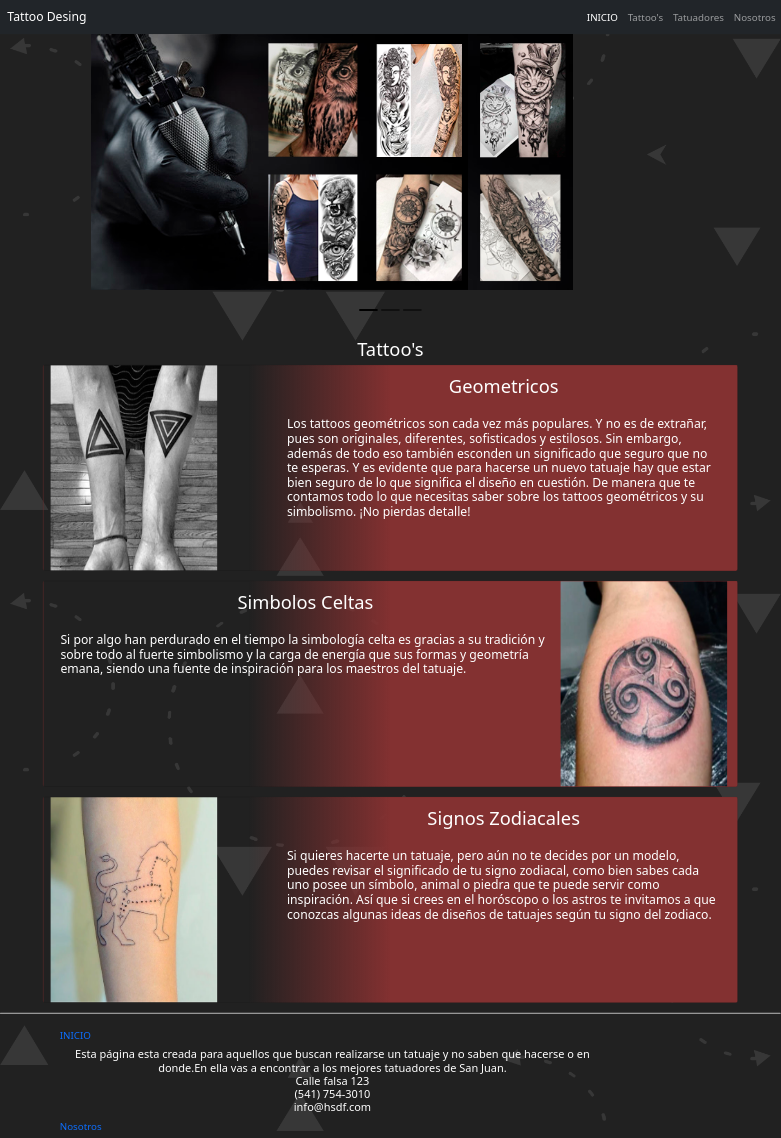
Repository: Vladimir-22/TatooDesign
Page: index.html
These files come from the project's save history. The page is drawn as it stood at one moment and after the next save; the edit follows.
The browser window is 1280 px wide. The pictures show the whole page, at 61% of full size.
Some web libraries are served in a nearby version.

Above is the page before, as saved 2021-05-19 21:42:30.

After the next save:
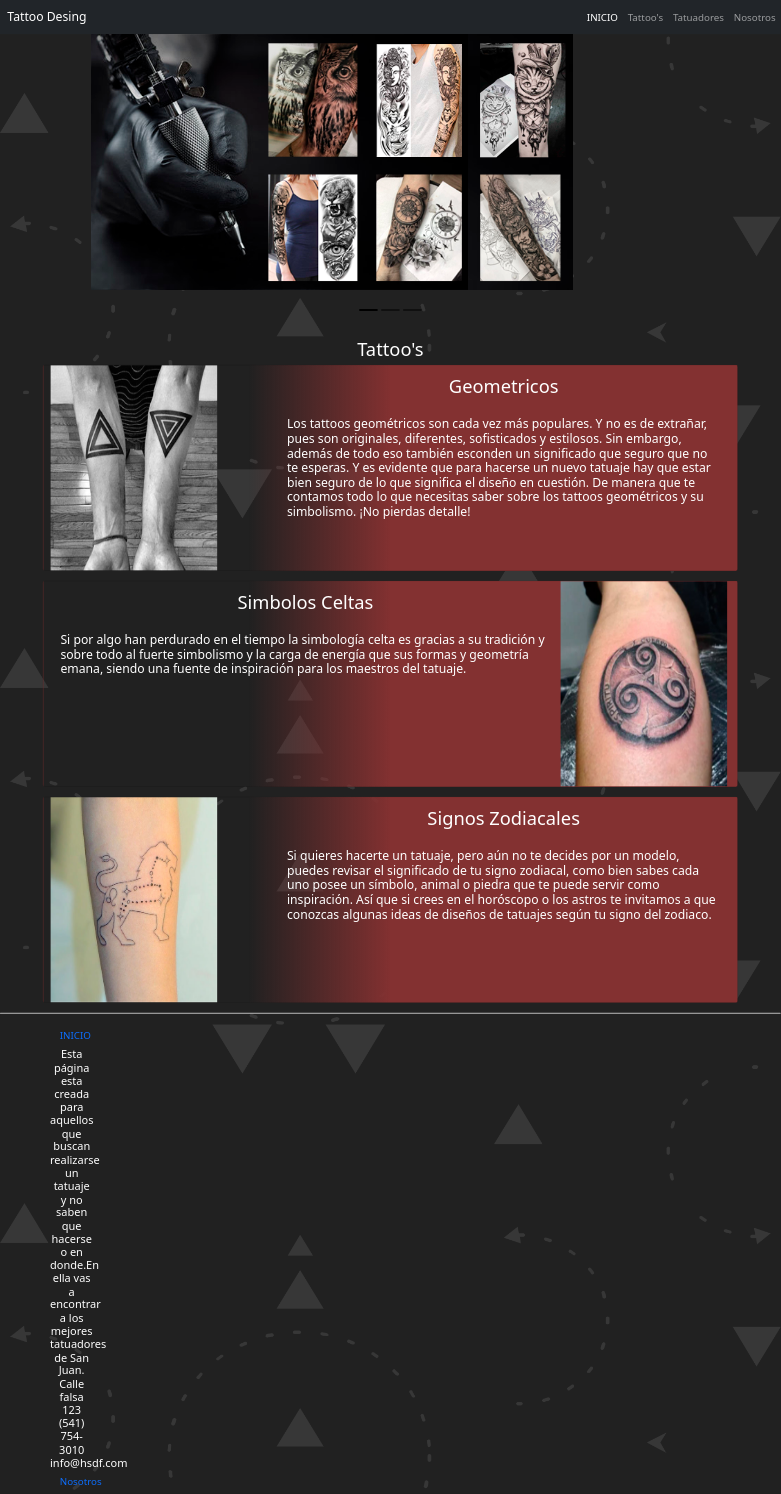
Saved 25 s later.
--- a/index.html
+++ b/index.html
@@ -275,7 +275,7 @@
                 </div>
             </div>
             <div class="row">
-                <div class="col-md-10">
+                <div class="col-md-1">
                     <h3 id="descrip-gral" class="card-text">
                         Esta página esta creada para aquellos que buscan realizarse un
                         tatuaje y no saben que hacerse o en donde.En ella vas a
@@ -287,7 +287,7 @@
                 </div>
             </div>
             <div class="row">
-                <div class="col-md-3 .offset-md-3">
+                <div class="col-md-2 ">
                     <a class="nav-link" href="nosotros.html" tabindex="-1" aria-disabled="true" >Nosotros</a>
                 </div>
             </div>

After the save that followed:
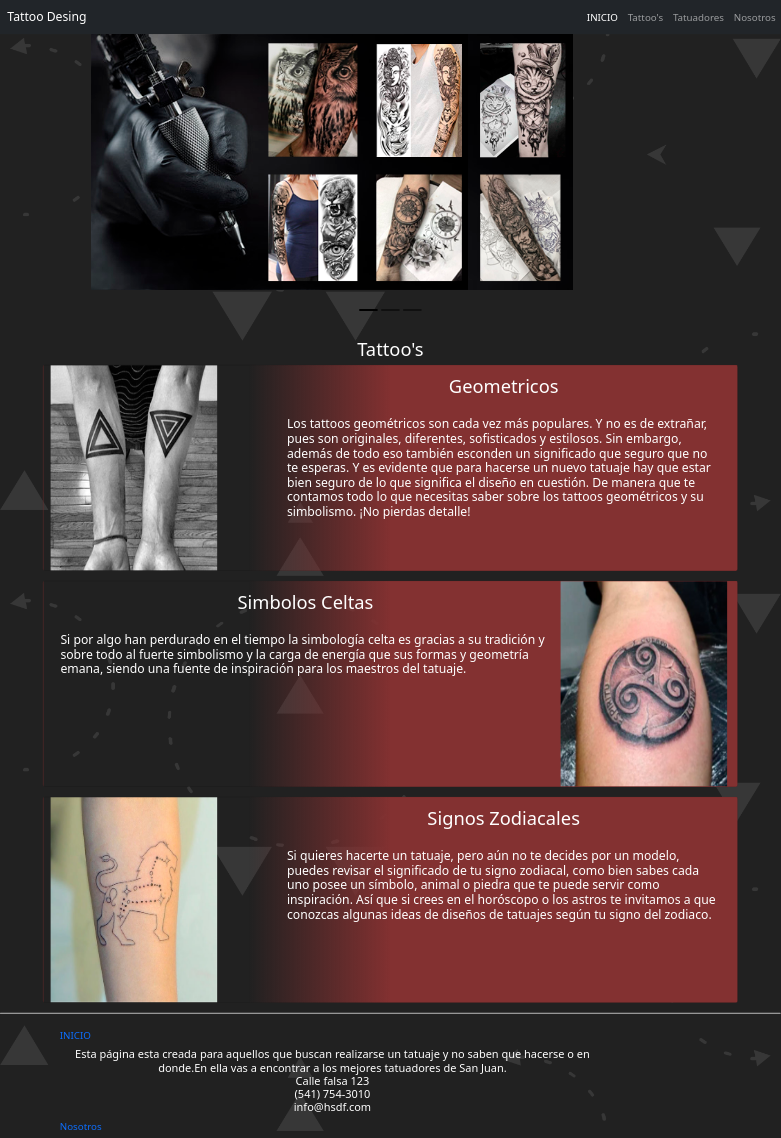
Saved 10 s later.
--- a/index.html
+++ b/index.html
@@ -275,7 +275,7 @@
                 </div>
             </div>
             <div class="row">
-                <div class="col-md-1">
+                <div class="col-md-10">
                     <h3 id="descrip-gral" class="card-text">
                         Esta página esta creada para aquellos que buscan realizarse un
                         tatuaje y no saben que hacerse o en donde.En ella vas a
